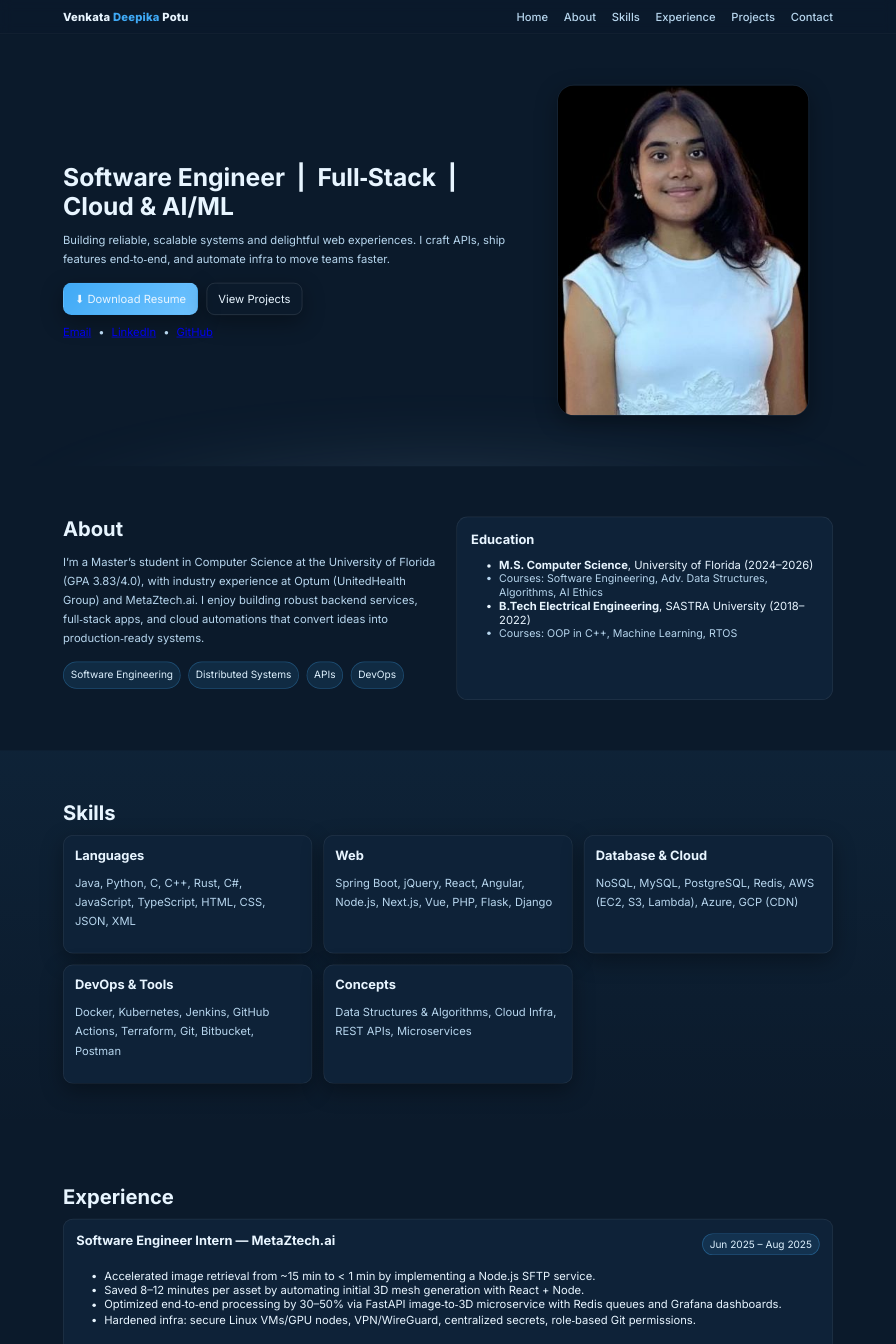
Repository: venkatadeepikapotu/deepika-portfolio
Page: index.html
The author's editor kept a copy of each file at every save. The page is drawn from the files as they stood at one save, then again after the next save.
The browser window is 1280 px wide. The pictures show the part of the page from y = 0 to 1920 px (the page is 3615 px tall before and 3616 px after), at 70% of full size.

Above is the page before, as saved 2025-11-05 00:51:04.

### index.html
<!DOCTYPE html>
<html lang="en">
<head>
  <meta charset="UTF-8" />
  <meta name="viewport" content="width=device-width, initial-scale=1.0"/>
  <title>Venkata Deepika Potu — Portfolio</title>
  <meta name="description" content="Portfolio of Venkata Deepika Potu — Software Engineer | Full‑Stack | Cloud | AI/ML">
  <link rel="preconnect" href="https://fonts.googleapis.com">
  <link rel="preconnect" href="https://fonts.gstatic.com" crossorigin>
  <link href="https://fonts.googleapis.com/css2?family=Inter:wght@300;400;500;600;700;800&display=swap" rel="stylesheet">
  <link rel="stylesheet" href="./styles.css"/>
</head>
<body>
  <header class="site-header">
    <div class="container nav">
      <div class="brand">Venkata <span>Deepika</span> Potu</div>
      <nav>
        <a href="#home">Home</a>
        <a href="#about">About</a>
        <a href="#skills">Skills</a>
        <a href="#experience">Experience</a>
        <a href="#projects">Projects</a>
        <a href="#contact">Contact</a>
      </nav>
    </div>
  </header>

  <main>
    <!-- HERO -->
    <section id="home" class="section hero">
      <div class="container hero-grid">
        <div class="hero-text">
          <h1 class="headline">Software Engineer &nbsp;|&nbsp; Full‑Stack &nbsp;|&nbsp; Cloud & AI/ML</h1>
          <p class="subhead">
            Building reliable, scalable systems and delightful web experiences. I craft APIs, ship features end‑to‑end, and automate infra to move teams faster.
          </p>
          <div class="cta-row">
            <a class="btn btn-primary" href="./Venkata_Deepika_Potu_Resume.pdf" download>⬇ Download Resume</a>
            <a class="btn btn-outline" href="#projects">View Projects</a>
          </div>
          <div class="socials">
            <a href="mailto:venkatadeepika07@gmail.com" target="_blank" rel="noopener">Email</a>
            <span>•</span>
            <a href="https://www.linkedin.com/in/deepikapotu" target="_blank" rel="noopener">LinkedIn</a>
            <span>•</span>
            <a href="https://github.com/venkatadeepikapotu" target="_blank" rel="noopener">GitHub</a>
          </div>
        </div>
       <div class="hero-photo"><img src="./Deepika.jpeg" alt="Profile placeholder" /></div>
         <!--- <ul class="hero-highlights">
            <li>Cut image retrieval from ~15 min to &lt; 1 min via Node.js SFTP.</li>
            <li>30–50% faster pipelines with FastAPI microservice + Redis.</li>
            <li>70% uptime boost: containerized 15+ services on K8s.</li>
          </ul> -->
        </div>
      </div>
      <div class="shine"></div>
    </section>

    <!-- ABOUT -->
    <section id="about" class="section">
      <div class="container two-col">
        <div>
          <h2>About</h2>
          <p>
            I’m a Master’s student in Computer Science at the University of Florida (GPA 3.83/4.0), with
            industry experience at Optum (UnitedHealth Group) and MetaZtech.ai. I enjoy building
            robust backend services, full‑stack apps, and cloud automations that convert ideas into
            production‑ready systems.
          </p>
          <p class="tag-row">
            <span class="tag">Software Engineering</span>
            <span class="tag">Distributed Systems</span>
            <span class="tag">APIs</span>
            <span class="tag">DevOps</span>
          </p>
        </div>
        <div class="about-card">
          <h3>Education</h3>
          <ul>
            <li><strong>M.S. Computer Science</strong>, University of Florida (2024–2026)</li>
            <li class="muted">Courses: Software Engineering, Adv. Data Structures, Algorithms, AI Ethics</li>
            <li><strong>B.Tech Electrical Engineering</strong>, SASTRA University (2018–2022)</li>
            <li class="muted">Courses: OOP in C++, Machine Learning, RTOS</li>
          </ul>
        </div>
      </div>
    </section>

    <!-- SKILLS -->
    <section id="skills" class="section alt">
      <div class="container">
        <h2>Skills</h2>
        <div class="skills-grid">
          <div class="card">
            <h3>Languages</h3>
            <p>Java, Python, C, C++, Rust, C#, JavaScript, TypeScript, HTML, CSS, JSON, XML</p>
          </div>
          <div class="card">
            <h3>Web</h3>
            <p>Spring Boot, jQuery, React, Angular, Node.js, Next.js, Vue, PHP, Flask, Django</p>
          </div>
          <div class="card">
            <h3>Database & Cloud</h3>
            <p>NoSQL, MySQL, PostgreSQL, Redis, AWS (EC2, S3, Lambda), Azure, GCP (CDN)</p>
          </div>
          <div class="card">
            <h3>DevOps & Tools</h3>
            <p>Docker, Kubernetes, Jenkins, GitHub Actions, Terraform, Git, Bitbucket, Postman</p>
          </div>
          <div class="card">
            <h3>Concepts</h3>
            <p>Data Structures & Algorithms, Cloud Infra, REST APIs, Microservices</p>
          </div>
        </div>
      </div>
    </section>

    <!-- EXPERIENCE -->
    <section id="experience" class="section">
      <div class="container">
        <h2>Experience</h2>
        <div class="timeline">

          <div class="timecard">
            <div class="timecard__head">
              <h3>Software Engineer Intern — MetaZtech.ai</h3>
              <span class="pill">Jun 2025 – Aug 2025</span>
            </div>
            <ul>
              <li>Accelerated image retrieval from ~15 min to &lt; 1 min by implementing a Node.js SFTP service.</li>
              <li>Saved 8–12 minutes per asset by automating initial 3D mesh generation with React + Node.</li>
              <li>Optimized end‑to‑end processing by 30–50% via FastAPI image‑to‑3D microservice with Redis queues and Grafana dashboards.</li>
              <li>Hardened infra: secure Linux VMs/GPU nodes, VPN/WireGuard, centralized secrets, role‑based Git permissions.</li>
            </ul>
          </div>

          <div class="timecard">
            <div class="timecard__head">
              <h3>Software Engineer — Optum (UnitedHealth Group)</h3>
              <span class="pill">Jul 2022 – Jul 2024</span>
            </div>
            <ul>
              <li>Cut MTTR for claims failures by 60% with a search‑first debug portal (Spring Boot, Angular, SQL Server).</li>
              <li>Achieved 30% fewer post‑release defects by enforcing TDD with Jasmine & JUnit; expanded test coverage.</li>
              <li>Boosted uptime by 70% by containerizing 15+ microservices and automating CI/CD on Kubernetes.</li>
              <li>Transformed Excel → JSON for API testing with Python, reducing manual effort by 95%.</li>
              <li>Improved support speed by 50% adding status flags in SQL for targeted retrieval; Agile collab reduced cycle times by 40%.</li>
            </ul>
          </div>

        </div>
      </div>
    </section>

    <!-- PROJECTS -->
    <section id="projects" class="section alt">
      <div class="container">
        <h2>Projects</h2>
        <div class="grid-cards gallery">

          <article class="project project-card">
            <div class="project-tags">
              <span>React</span><span>Go</span><span>MongoDB</span><span>REST</span>
            </div>
            <img class="thumb" src="./assets/ufpa-thumb.svg" alt="UFPA thumbnail"/>
            <h3>UFPA</h3>
            <p>Led a team of 4 to build a full‑stack app for UF students using React, Go, and MongoDB; documented APIs, standardized Git flow; added Cypress/Jest tests and achieved 80% student satisfaction.</p>
          </article>

          <article class="project project-card">
            <div class="project-tags">
              <span>Next.js</span><span>AWS</span><span>Lambda</span><span>DynamoDB</span>
            </div>
            <img class="thumb" src="./assets/faredrop-thumb.svg" alt="FareDrop Tracker thumbnail"/>
            <h3>FareDrop Tracker</h3>
            <p>Serverless flight price tracker monitoring fare drops with Lambda & EventBridge; CDK + GitHub Actions for automated infra; zero‑downtime CI/CD with CloudWatch and WAF security.</p>
          </article>

          <article class="project project-card">
            <div class="project-tags">
              <span>FastAPI</span><span>LangChain</span><span>LLMs</span><span>Transformers</span>
            </div>
            <img class="thumb" src="./assets/emraldgpt-thumb.svg" alt="EmraldGPT thumbnail"/>
            <h3>EmraldGPT</h3>
            <p>Prototype QA system with semantic retrieval & prompt tuning; improved answer accuracy by ~40% and a responsive Next.js UI hitting 5+ FastAPI endpoints.</p>
          </article>

        </div>
      </div>
    </section>

    <!-- LEADERSHIP -->
    <section class="section">
      <div class="container">
        <h2>Leadership & Activities</h2>
        <div class="card">
          <h3>Teaching Assistant — Programming Fundamentals (Aug 2025 – Present)</h3>
          <ul>
            <li>Led weekly labs for 20+ students; supported projects, code reviews, testing, and troubleshooting.</li>
            <li>Rated most approachable TA; mentored 15+ students on feature scoping and best practices.</li>
          </ul>
        </div>
      </div>
    </section>

    <!-- CONTACT -->
    <section id="contact" class="section alt">
      <div class="container contact">
        <h2>Contact</h2>
        <p>Let’s build something together.</p>
        <div class="contact-grid">
          <a class="contact-item" href="mailto:venkatadeepika07@gmail.com" target="_blank" rel="noopener">
            <span>📧</span> venkatadeepika07@gmail.com
          </a>
          <a class="contact-item" href="https://www.linkedin.com/in/deepikapotu" target="_blank" rel="noopener">
            <span>🔗</span> linkedin.com/in/deepikapotu
          </a>
          <a class="contact-item" href="https://github.com/venkatadeepikapotu" target="_blank" rel="noopener">
            <span>💻</span> github.com/venkatadeepikapotu
          </a>
        </div>
      </div>
    </section>
  </main>

  <footer class="site-footer">
    <div class="container">
      <p>© <span id="year"></span> Venkata Deepika Potu · Built with HTML/CSS/JS</p>
    </div>
  </footer>

  <script src="./script.js"></script>
</body>
</html>

### styles.css
/* Light Blue Theme — inspired by ganeshkalyan.in but rebuilt as a single-page */
:root{
  --bg:#0b1a2b;
  --panel:#0f243b;
  --ink:#e8f5ff;
  --muted:#b7d6ee;
  --brand:#3fa9f5;      /* primary light blue */
  --brand-2:#a7d8ff;    /* soft blue */
  --brand-3:#dff2ff;    /* pale blue */
  --card:#0e2238;
  --ring: rgba(63,169,245,0.35);
  --shadow: 0 10px 30px rgba(0,0,0,.35);
}

*{box-sizing:border-box}
html,body{margin:0;padding:0;font-family:Inter,system-ui,-apple-system,Segoe UI,Roboto,Arial,sans-serif;background:var(--bg);color:var(--ink);scroll-behavior:smooth}
.container{width:min(1100px,92%);margin-inline:auto}

.site-header{position:sticky;top:0;z-index:50;background:rgba(11,26,43,.65);backdrop-filter:blur(8px);border-bottom:1px solid rgba(255,255,255,.06)}
.site-header .nav{display:flex;align-items:center;justify-content:space-between;padding:14px 0}
.brand{font-weight:800;letter-spacing:.3px}
.brand span{color:var(--brand)}
nav a{color:var(--muted);text-decoration:none;margin-left:18px;font-weight:500}
nav a:hover{color:var(--brand)}

.section{padding:72px 0}
.section.alt{background:linear-gradient(180deg, rgba(63,169,245,.06), rgba(10,24,40,0))}
h1,h2,h3{margin:0 0 14px}
h2{font-size:1.8rem}
h3{font-size:1.15rem}
p{color:var(--muted);line-height:1.7}

.hero{position:relative;overflow:hidden}
.hero-grid{display:grid;grid-template-columns:1.2fr .8fr;gap:28px;align-items:center}
.headline{font-size:clamp(1.6rem,3vw,2.2rem);line-height:1.2}
.subhead{margin:10px 0 20px}
.cta-row{display:flex;gap:12px;flex-wrap:wrap}
.btn{padding:12px 16px;border-radius:12px;border:1px solid rgba(255,255,255,.15);text-decoration:none;color:var(--ink);display:inline-block;box-shadow:var(--shadow)}
.btn-primary{background:linear-gradient(135deg,var(--brand),#6fc3ff);border:1px solid transparent}
.btn-primary:hover{filter:brightness(1.05)}
.btn-outline{background:transparent}
.btn-outline:hover{border-color:var(--brand);color:white}

.socials{margin-top:14px;display:flex;gap:10px;align-items:center;color:var(--muted)}
.hero-card{background:linear-gradient(180deg,#0e2238,rgba(14,34,56,.7));border:1px solid rgba(255,255,255,.08);border-radius:16px;padding:20px;box-shadow:var(--shadow)}
.badge{display:inline-block;background:rgba(63,169,245,.12);color:#cfeaff;border:1px solid rgba(63,169,245,.35);padding:6px 10px;border-radius:999px;margin-bottom:10px;font-size:.9rem}
.hero-highlights{margin:0;padding-left:18px}
.hero .shine{position:absolute;inset:auto -15% -40% -15%;height:300px;background:radial-gradient(ellipse at center,var(--brand-2),transparent 55%);filter:blur(60px);opacity:.25;pointer-events:none}

.two-col{display:grid;grid-template-columns:1fr 1fr;gap:24px}
.about-card{background:var(--card);border:1px solid rgba(255,255,255,.08);padding:20px;border-radius:16px}
.about-card .muted{color:var(--muted);font-size:.95rem}
.tag-row{margin-top:8px}
.tag{display:inline-block;background:rgba(63,169,245,.12);border:1px solid rgba(63,169,245,.3);color:#dff2ff;padding:6px 10px;border-radius:999px;margin:4px 6px 0 0;font-size:.9rem}

.skills-grid{display:grid;grid-template-columns:repeat(3,1fr);gap:16px;margin-top:12px}
.card{background:var(--card);border:1px solid rgba(255,255,255,.08);padding:16px;border-radius:14px;box-shadow:var(--shadow)}

.timeline{display:grid;gap:18px}
.timecard{background:var(--card);border:1px solid rgba(255,255,255,.08);padding:18px;border-radius:14px}
.timecard__head{display:flex;justify-content:space-between;align-items:center;gap:12px;margin-bottom:10px}
.pill{background:rgba(63,169,245,.12);border:1px solid rgba(63,169,245,.35);padding:6px 10px;border-radius:999px;font-size:.9rem;color:#dff2ff}

.grid-cards{display:grid;grid-template-columns:repeat(3,1fr);gap:16px;margin-top:10px}
.project{background:linear-gradient(180deg,#0f243b,rgba(15,36,59,.8));border:1px solid rgba(255,255,255,.08);padding:16px;border-radius:14px}
.project-tags{display:flex;flex-wrap:wrap;gap:6px;margin-bottom:6px}
.project-tags span{background:rgba(63,169,245,.12);border:1px solid rgba(63,169,245,.3);padding:4px 8px;border-radius:999px;font-size:.85rem;color:#cfeaff}

.contact{text-align:center}
.contact-grid{display:flex;flex-wrap:wrap;justify-content:center;gap:12px;margin-top:10px}
.contact-item{display:flex;gap:8px;align-items:center;background:var(--card);border:1px solid rgba(255,255,255,.08);padding:10px 14px;border-radius:12px;color:var(--ink);text-decoration:none}
.contact-item:hover{outline:2px solid var(--ring)}

.site-footer{border-top:1px solid rgba(255,255,255,.06);padding:22px 0;color:var(--muted)}

@media (max-width: 900px){
  .hero-grid{grid-template-columns:1fr}
  .two-col{grid-template-columns:1fr}
  .skills-grid{grid-template-columns:repeat(2,1fr)}
  .grid-cards{grid-template-columns:1fr 1fr}
}
@media (max-width: 600px){
  .skills-grid,.grid-cards{grid-template-columns:1fr}
}
/* reveal animation */
.will-reveal{opacity:0;transform:translateY(12px);transition:opacity .5s ease, transform .6s ease}
.reveal{opacity:1;transform:none}


/* HERO photo block */
.hero-photo{display:grid;place-items:center}
.hero-photo img{width:min(360px,90%);height:auto;border-radius:24px;border:1px solid rgba(255,255,255,.08);box-shadow:var(--shadow)}

/* Project gallery cards */
.gallery .project-card{padding:0;overflow:hidden}
.project-card .thumb{display:block;width:100%;aspect-ratio:16/10;object-fit:cover;border-bottom:1px solid rgba(255,255,255,.08)}
.project-card h3{padding:12px 14px 0}
.project-card p{padding:0 14px 14px}
.project-card .project-tags{padding:10px 14px 0}

### script.js
// small niceties
document.getElementById('year').textContent = new Date().getFullYear();

// scroll reveal
const observer = new IntersectionObserver((entries)=>{
  entries.forEach(entry=>{
    if(entry.isIntersecting){ entry.target.classList.add('reveal'); }
  });
},{threshold:0.1});

document.querySelectorAll('.section, .card, .timecard, .project').forEach(el=>{
  el.classList.add('will-reveal');
  observer.observe(el);
});

After the next save:
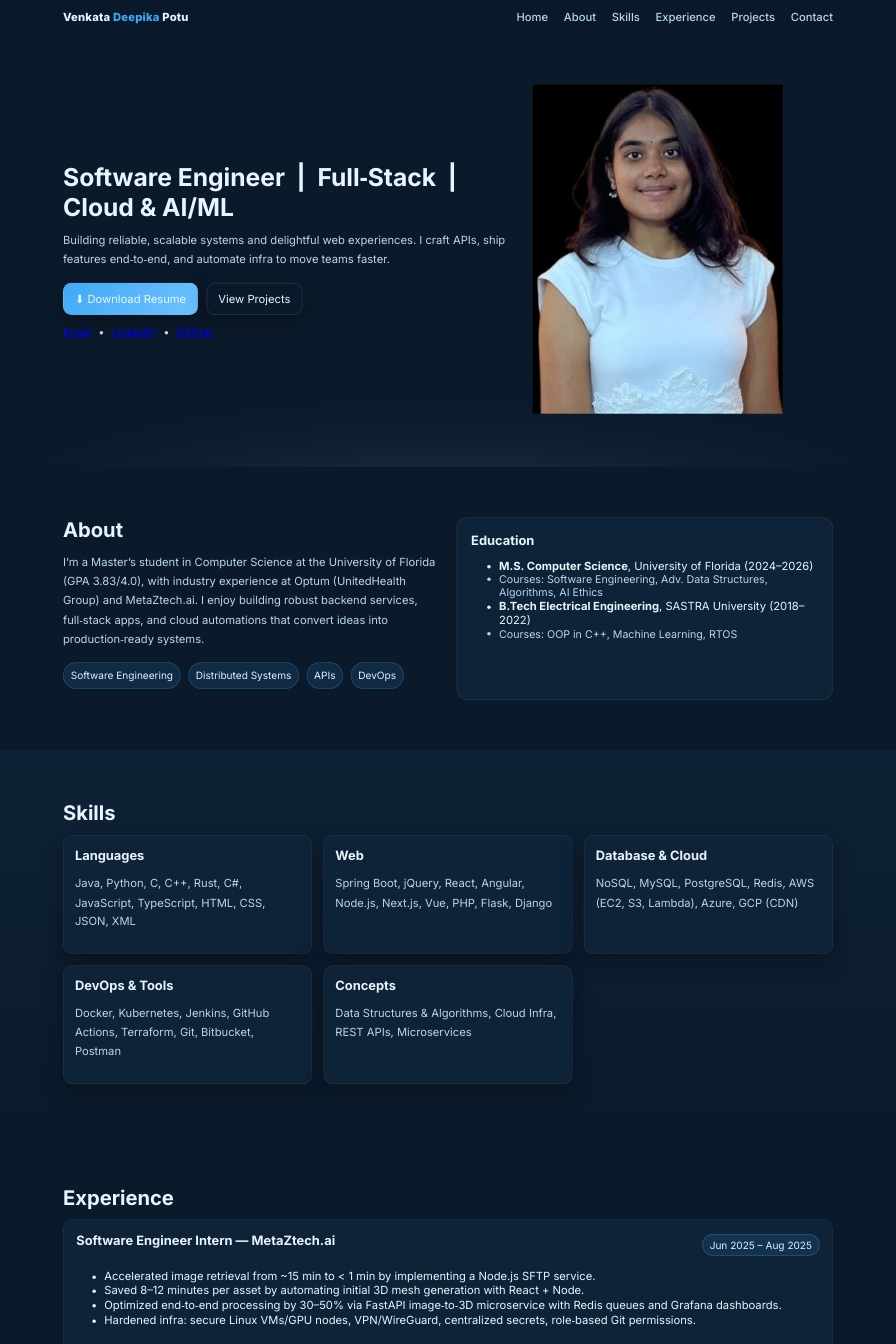
Saved 43 min 43 s later.
--- a/styles.css
+++ b/styles.css
@@ -88,8 +88,7 @@ p{color:var(--muted);line-height:1.7}
 
 
 /* HERO photo block */
-.hero-photo{display:grid;place-items:center}
-.hero-photo img{width:min(360px,90%);height:auto;border-radius:24px;border:1px solid rgba(255,255,255,.08);box-shadow:var(--shadow)}
+
 
 /* Project gallery cards */
 .gallery .project-card{padding:0;overflow:hidden}
